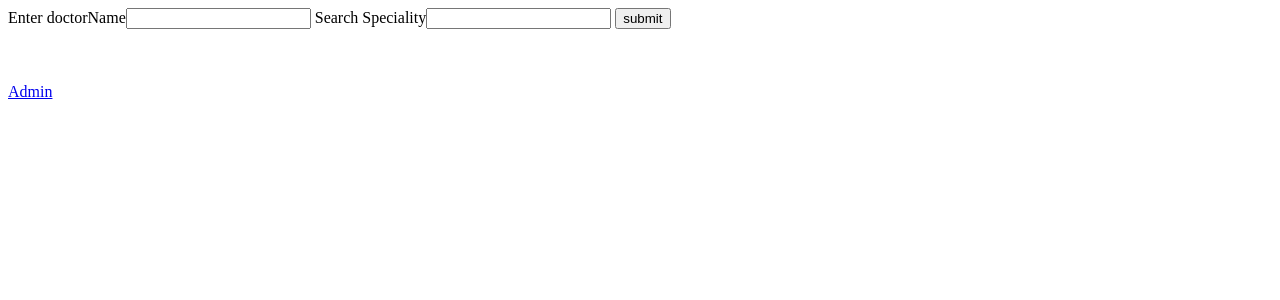
Repository: Kavya-C1/eclipsejava
Page: http://localhost/DoctorAppMaven/
An editor plug-in stored every save of this project. The page is shown before and after a run of saves, followed by the edit.
The browser window is 1280 px wide. The pictures show the whole page.
The page is served by Tomcat 9.

Above is the page before, as saved 2024-03-15 09:30:05.

After the next 3 saves:
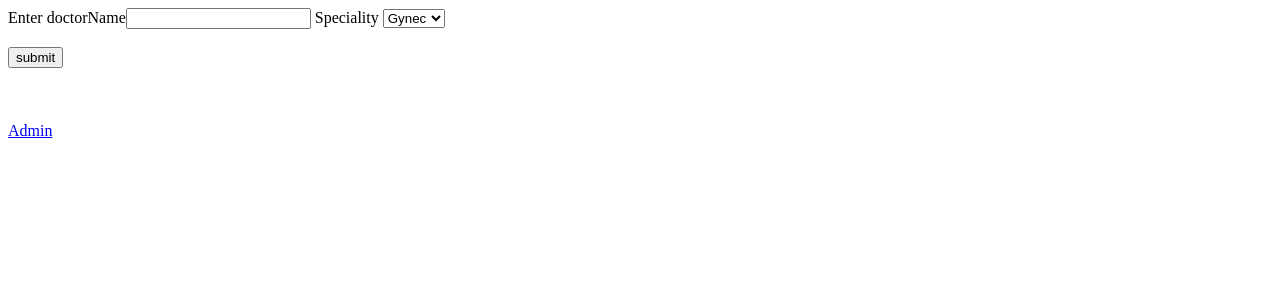
The 3 saves are shown as one change because they came seconds apart.
The last was saved 42 s later.
--- a/DoctorAppMaven/src/main/webapp/index.jsp
+++ b/DoctorAppMaven/src/main/webapp/index.jsp
@@ -10,7 +10,15 @@
 
 <form action="searchServlet">
 Enter doctorName<input type="text" name="doctorName">
-Search Speciality<input type="text" name="speciality">
+
+Speciality
+<select values="speciality">
+<option value="gynec">Gynec</option>
+<option value="ortho">Ortho</option>
+<option value="derma">Derma</option>
+</select>
+
+<br><br>
 <input type="submit" value="submit">
 
 <br><br><br><br>
